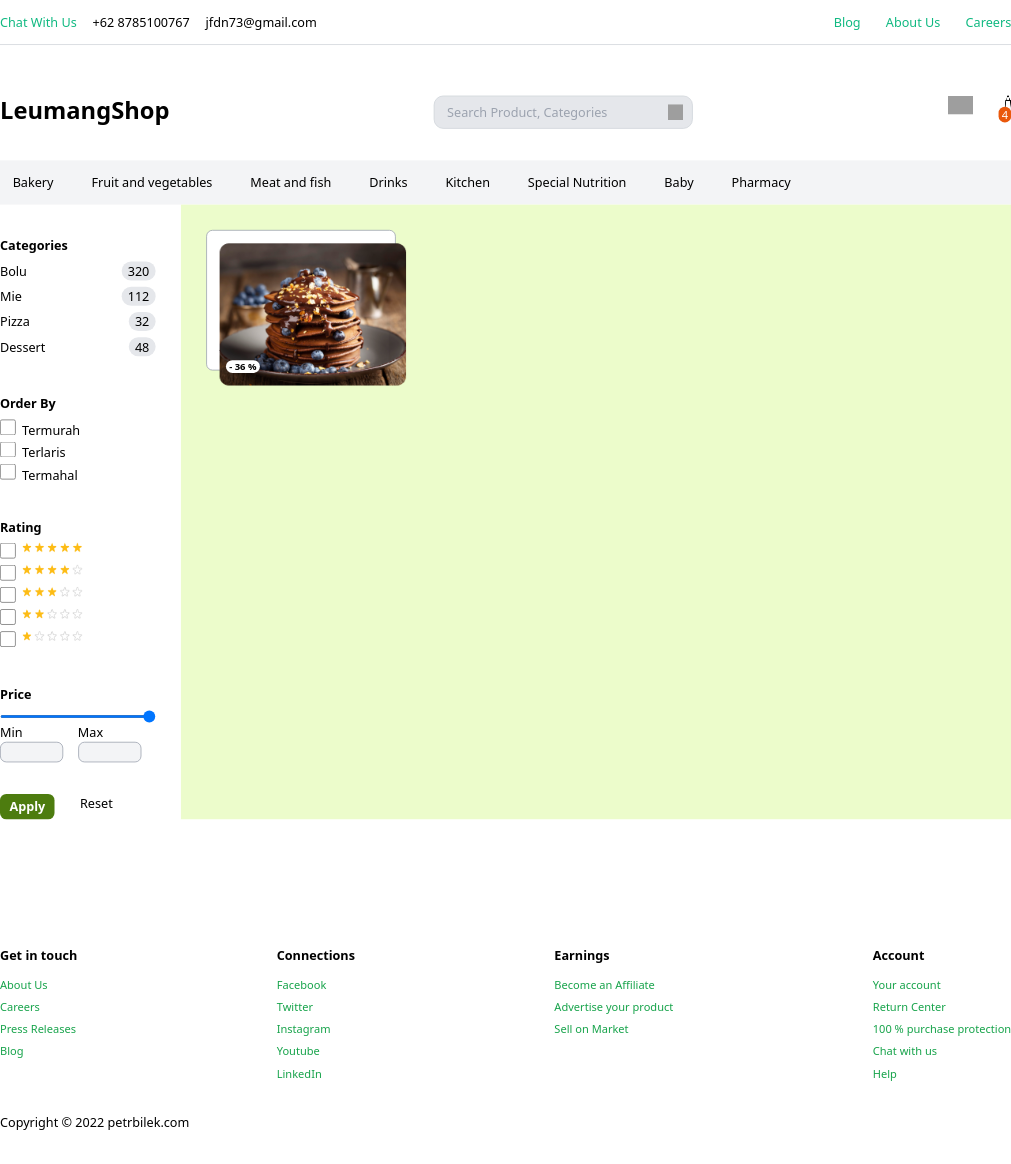
Repository: jafetdn73/ecommerce-tailwind
Page: /
These files come from the project's save history. The page is drawn as it stood at one moment and after the next save; the edit follows.
The browser window is 1280 px wide. The pictures show the whole page, at 79% of full size.
Pictures or frames that could not be fetched are drawn as grey boxes. The project was rebuilt for these pictures with package versions that can differ from the ones it lists, and the page was loaded fresh each time. Also part of the build but not shown: src/App.css.

Above is the page before, as saved 2022-03-14 15:18:39.

### src/App.js
import "./App.css";

function App() {
  return (
    <div className="bg-white container mx-auto">
      <div className="flex justify-between py-4 border-b border-gray-300">
        <div className="flex gap-5">
          <a href="http://google.com" className="text-emerald-500">
            Chat With Us
          </a>
          <a href="http://facebook.com">+62 8785100767</a>
          <a href="http://ggogl.com">jfdn73@gmail.com</a>
        </div>

        <div className="">
          <ul className="flex gap-8 text-emerald-500">
            <li>Blog</li>
            <li>About Us</li>
            <li>Careers</li>
          </ul>
        </div>
      </div>

      <div className="flex justify-between mt-16">
        <h1 className="text-3xl font-bold">LeumangShop</h1>
        <div className="flex w-full justify-center items-center">
          <input
            type="text"
            placeholder="Search Product, Categories"
            className="w-1/3 border border-gray-300 bg-gray-200 rounded-xl pl-4 py-2"
          />
          <img src="/images/search-icon.png" alt="search" className="w-5 h-5 -ml-8"/>
        </div>
        <div className="flex gap-10">
          <img src="/images/user-icon.png" alt="user" className="w-8 h-6"/>
          <div className="relative">
            <img src="/images/cart-icon.png" alt="icon" className="w-8 h-6"/>
            <label className="absolute bottom-2 -left-2 bg-orange-600 text-white py-0.25 px-1 rounded-full text-sm">4</label>
          </div>
        </div>
      </div>

      <div className="bg-gray-100 mt-10 py-4 pl-4 text-base font-medium">
        <ul className="flex gap-12">
          <li>Bakery</li>
          <li>Fruit and vegetables</li>
          <li>Meat and fish</li>
          <li>Drinks</li>
          <li>Kitchen</li>
          <li>Special Nutrition</li>
          <li>Baby</li>
          <li>Pharmacy</li>
        </ul>
        </div>

      {/* Container Wrapper */}
      <div className="flex gap-4">
        {/* Side Bar Container */}
        <div className="flex flex-col w-60" >
          {/* Categories Container */}
          <div className="flex flex-col mt-10">
            <h1 className="font-bold text-base mb-2">Categories</h1>
            <ul>
              <div className="flex justify-between">
                <li>Bolu</li><label className="mb-2 bg-gray-200 pl-2 pr-2 rounded-xl">320</label>
              </div>
              <div className="flex justify-between">
                <li>Mie</li><label className="mb-2 bg-gray-200 pl-2 pr-2 rounded-xl">112</label>
              </div>
              <div className="flex justify-between">
                <li>Pizza</li><label className="mb-2 bg-gray-200 pl-2 pr-2 rounded-xl">32</label>
              </div>
              <div className="flex justify-between">
                <li>Dessert</li><label className="mb-2 bg-gray-200 pl-2 pr-2 rounded-xl">48</label>
              </div>
            </ul>
          </div>
          {/* Order By Categories */}
          <div className="flex flex-col mt-10">
            <h1 className="font-bold mb-2">Order By</h1>
           <div>
              <input type="checkbox" className="accent-lime-700 w-5 h-5 mr-2 mb-2"></input>
              <span className="mb-1">Termurah</span>
          </div>
          <div>
            <input type="checkbox"  className="accent-lime-700 w-5 h-5 mr-2 mb-2"></input>
            <label>Terlaris</label>
          </div>
          <div>
            <input type="checkbox"  className="accent-lime-700 w-5 h-5 mr-2 mb-2"></input>
            <label>Termahal</label>
          </div>
          </div>
          {/* Rating Container */}
          <div className="flex flex-col mt-10">
            <h1 className="font-bold mb-2">Rating</h1>
           <div  className="flex">
             <input type="checkbox" className="accent-lime-700 w-5 h-5 mr-2 mb-2">
               </input>
               <div className="flex w-3 h-3 gap-1">
                 <img src="images/rate-star.png" alt="rate-star"/>
                 <img src="images/rate-star.png" alt="rate-star"/>
                 <img src="images/rate-star.png" alt="rate-star"/>
                 <img src="images/rate-star.png" alt="rate-star"/>
                 <img src="images/rate-star.png" alt="rate-star"/>
                 </div>
          </div>
          <div  className="flex">
             <input type="checkbox" className="accent-lime-700 w-5 h-5 mr-2 mb-2">
               </input>
               <div className="flex w-3 h-3 gap-1">
                 <img src="images/rate-star.png" alt="rate-star"/>
                 <img src="images/rate-star.png" alt="rate-star"/>
                 <img src="images/rate-star.png" alt="rate-star"/>
                 <img src="images/rate-star.png" alt="rate-star"/>
                 <img src="images/unrate-star.png" alt="unrate-star"/>
                 </div>
          </div>
          <div  className="flex">
             <input type="checkbox" className="accent-lime-700 w-5 h-5 mr-2 mb-2">
               </input>
               <div className="flex w-3 h-3 gap-1">
                 <img src="images/rate-star.png" alt="rate-star"/>
                 <img src="images/rate-star.png" alt="rate-star"/>
                 <img src="images/rate-star.png" alt="rate-star"/>
                 <img src="images/unrate-star.png" alt="unrate-star"/>
                 <img src="images/unrate-star.png" alt="unrate-star"/>
                 </div>
          </div>
          <div  className="flex">
             <input type="checkbox" className="accent-lime-700 w-5 h-5 mr-2 mb-2">
               </input>
               <div className="flex w-3 h-3 gap-1">
                 <img src="images/rate-star.png" alt="rate-star"/>
                 <img src="images/rate-star.png" alt="rate-star"/>
                 <img src="images/unrate-star.png" alt="unrate-star"/>
                 <img src="images/unrate-star.png" alt="unrate-star"/>
                 <img src="images/unrate-star.png" alt="unrate-star"/>
                 </div>
          </div>
          <div  className="flex">
             <input type="checkbox" className="accent-lime-700 w-5 h-5 mr-2 mb-2">
               </input>
               <div className="flex w-3 h-3 gap-1">
                 <img src="images/rate-star.png" alt="rate-star"/>
                 <img src="images/unrate-star.png" alt="unrate-star"/>
                 <img src="images/unrate-star.png" alt="unrate-star"/>
                 <img src="images/unrate-star.png" alt="unrate-star"/>
                 <img src="images/unrate-star.png" alt="unrate-star"/>
                 </div>
          </div>

          </div>
          {/* Price Container */}
          <div className="flex flex-col mt-10">
          <h1 className="font-bold">Price</h1>
          <div><input
                type="range"
                className="w-full h-1 p-0 bg-gray-200 focus:outline-none focus:ring-0 focus:shadow-sm"
                min="0"
                max="5"
              />
           </div>
           <div className="flex">
             <div className="w-2/4"><label>Min</label><br></br><input className="w-20 bg-gray-100 border border-gray-400 rounded-lg" type="text"/></div>
             <div  className="w-2/4"><label>Max</label><br></br><input className="w-20 bg-gray-100 border border-gray-400 rounded-lg" type="text"/></div>
           </div>
          </div>
          <div className="flex mt-10">
            <button className="py-1 px-3 mr-8 rounded-lg font-bold bg-lime-700 text-white">Apply</button><label>Reset</label></div>
        </div>
        <div className="bg-gray-100">
          <div className="bg-yellow-100">
          </div>
        </div>
        {/* Container Content */}
        <div className="flex flex-col bg-lime-100 w-full" >
          <div className="w-60 m-8 p-4 bg-white border border-gray-400 rounded-lg">
            <div className=" absolute">
              <img src="images/bolu-susun.png" alt="bolu-susun" width="236" height="180"/>
              <label className="font-bold text-xs ml-2 absolute bottom-2 bg-white left-0 mb-2 pl-1 pr-1 rounded-xl">- 36 %</label>
            </div>
            <div>
            <h1 className="font-bold text-base mt-4 mb-2">Bolu Susun</h1>
            <p className="text-sm">Disusun dengan penuh kenangan</p>
            </div>
            <div className="flex justify-between mt-4">
              <div className="flex flex-col">
                <label className="font-bold text-xl">36.000</label>
                <label className="line-through text-xs -mt-1">40.000</label>
              </div>
              <div>
                <button className="py-1 px-3 rounded-lg font-bold bg-lime-700 text-white">Buy Now</button>
              </div>
            </div>
          </div>

        </div>
      </div>

      {/* footer */}
      <div className="flex justify-between mb-8 mt-40">

<div className="">
  <h2 className="font-bold mb-4">Get in touch</h2>
  <ul className="text-sm text-green-600">
    <li className="mb-2">About Us</li>
    <li className="mb-2">Careers</li>
    <li className="mb-2">Press Releases</li>
    <li className="mb-2">Blog</li>
  </ul>
</div>

<div className="">
  <h2 className="font-bold mb-4">Connections</h2>
  <ul className="text-sm text-green-600">
    <li className="mb-2">Facebook</li>
    <li className="mb-2">Twitter</li>
    <li className="mb-2">Instagram</li>
    <li className="mb-2">Youtube</li>
    <li className="mb-2">LinkedIn</li>
  </ul>
</div>

<div className="">
  <h2 className="font-bold mb-4">Earnings</h2>
  <ul className="text-sm text-green-600">
    <li className="mb-2">Become an Affiliate</li>
    <li className="mb-2">Advertise your product</li>
    <li className="mb-2">Sell on Market</li>
  </ul>
</div>

<div className="">
  <h2 className="font-bold mb-4">Account</h2>
  <ul className="text-sm text-green-600">
    <li className="mb-2">Your account</li>
    <li className="mb-2">Return Center</li>
    <li className="mb-2">100 % purchase protection</li>
    <li className="mb-2">Chat with us</li>
    <li className="mb-2">Help</li>
  </ul>
</div>

</div>

{/* copyright */}
<div className="mb-10">
<h4>Copyright &copy; 2022 petrbilek.com</h4>
</div>

    </div>
  );
}

export default App;

Loaded but not shown: public/index.html (common file); src/index.js (common file); src/index.css (common file); src/reportWebVitals.js (common file); tailwind.config.js (common file)

After the next save:
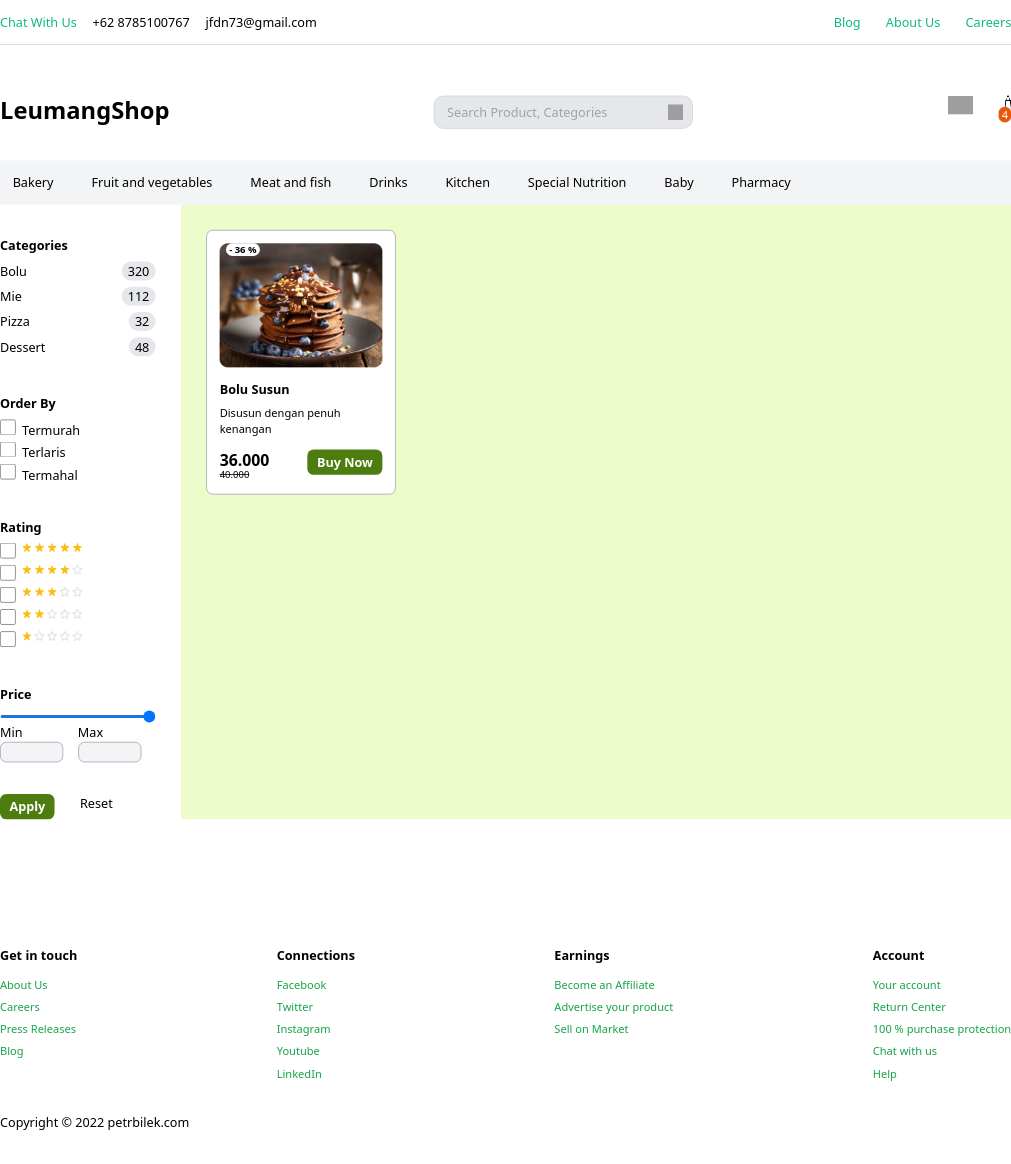
Saved 14 s later.
--- a/src/App.js
+++ b/src/App.js
@@ -176,9 +176,9 @@ function App() {
         {/* Container Content */}
         <div className="flex flex-col bg-lime-100 w-full" >
           <div className="w-60 m-8 p-4 bg-white border border-gray-400 rounded-lg">
-            <div className=" absolute">
+            <div className="flex flex-col relative">
               <img src="images/bolu-susun.png" alt="bolu-susun" width="236" height="180"/>
-              <label className="font-bold text-xs ml-2 absolute bottom-2 bg-white left-0 mb-2 pl-1 pr-1 rounded-xl">- 36 %</label>
+              <label className="font-bold text-xs ml-2 absolute bottom-30 bg-white left-0 mb-2 pl-1 pr-1 rounded-xl">- 36 %</label>
             </div>
             <div>
             <h1 className="font-bold text-base mt-4 mb-2">Bolu Susun</h1>
